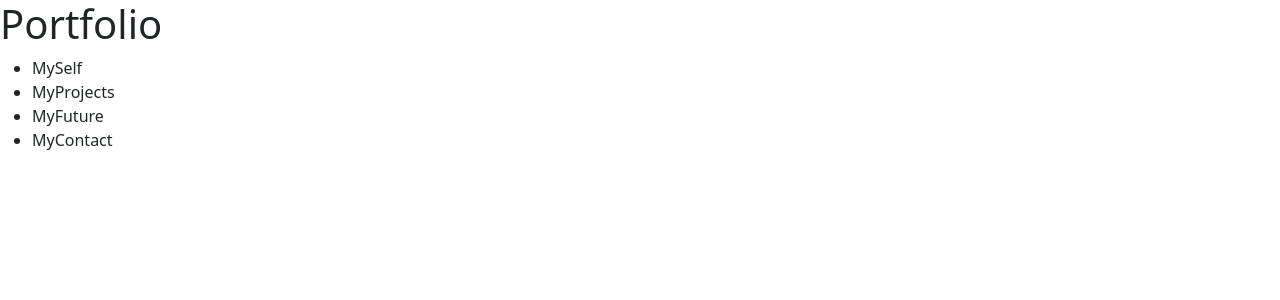
Repository: ChristianGecchelin/PortfolioOnline
Page: index.html
An editor plug-in stored every save of this project. The page is shown before and after the next save, followed by the edit.
The browser window is 1280 px wide. The pictures show the whole page.

Above is the page before, as saved 2022-01-08 10:26:27.

After the next save:
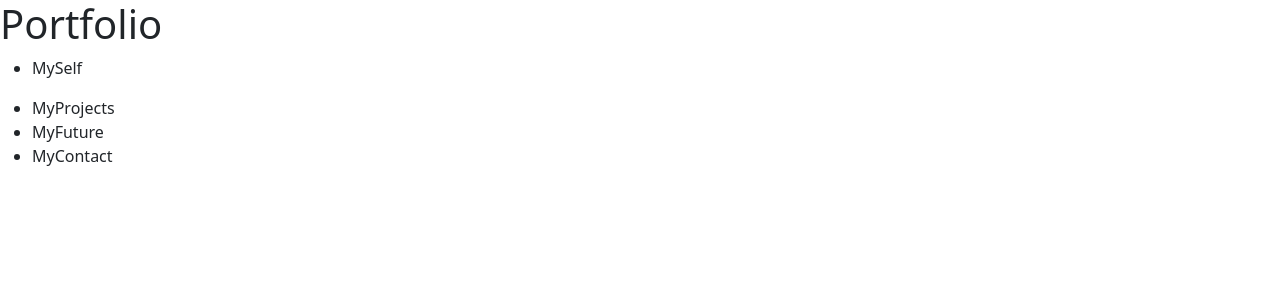
Saved 22 s later.
--- a/index.html
+++ b/index.html
@@ -18,7 +18,7 @@
       <h1>Portfolio</h1>
       <nav class="justify-content-end">
         <ul>
-          <li>MySelf</li>
+          <li><p>MySelf</p></li>
           <li>MyProjects</li>
           <li>MyFuture</li>
           <li>MyContact</li>
